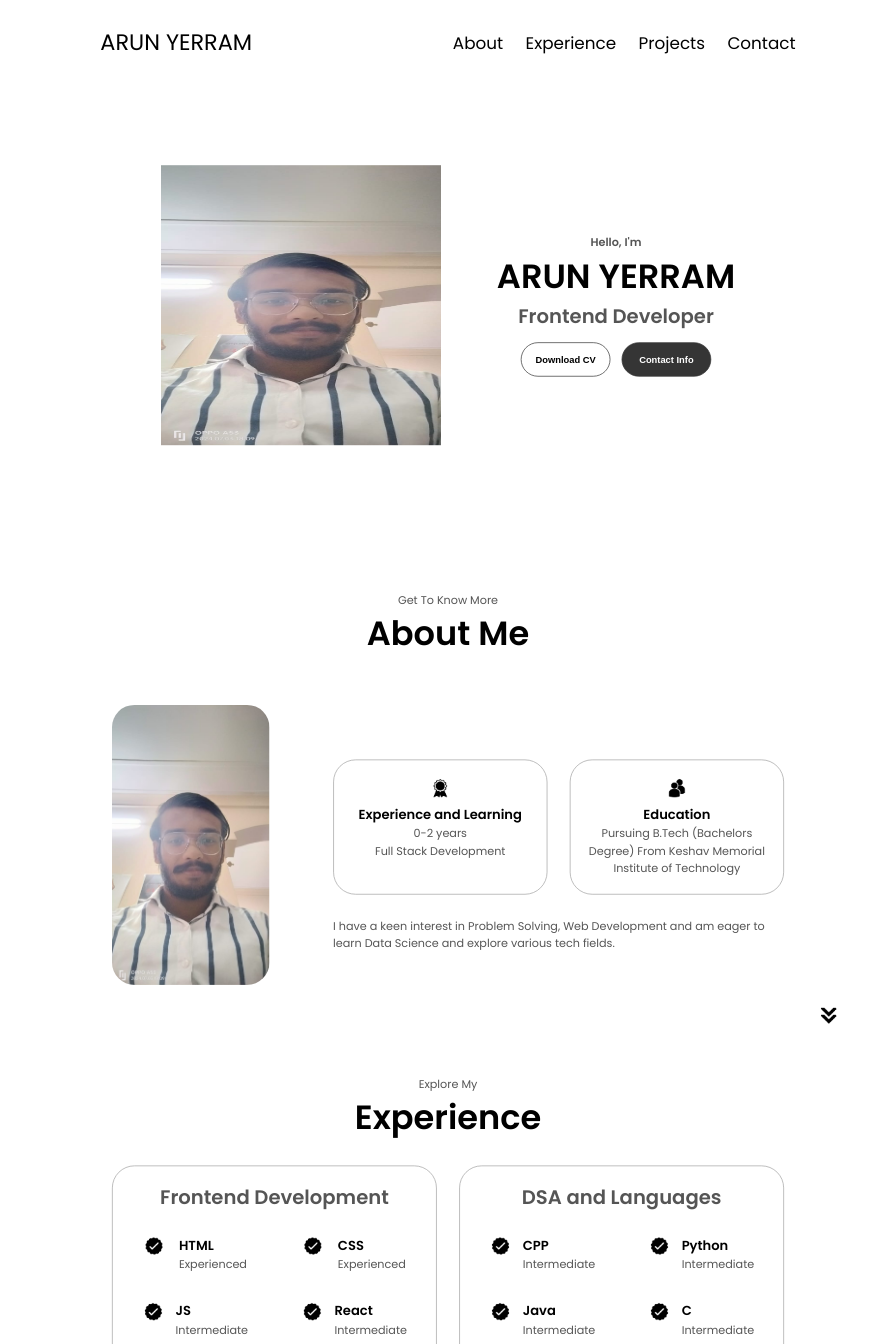
Repository: ARUN-YERRAM/ARUN-YERRAM-PORTFOLIO
Page: index.html
The author's editor kept a copy of each file at every save. The page is drawn from the files as they stood at one save, then again after a run of saves.
The browser window is 1280 px wide. The pictures show the part of the page from y = 0 to 1920 px (the page is 3401 px tall), at 70% of full size.

Above is the page before, as saved 2024-09-04 01:27:33.

### index.html
<!DOCTYPE html>
<html lang="en">
<head>
  <meta charset="UTF-8" />
  <meta http-equiv="X-UA-Compatible" content="IE=edge" />
  <meta name="viewport" content="width=device-width, initial-scale=1.0" />
  <title>My Portfolio</title>
  <link rel="stylesheet" href="style.css" />
  <link rel="stylesheet" href="mediaqueries.css" />
</head>
<body>
  <nav id="desktop-nav">
    <div class="logo">ARUN YERRAM</div>
    <div>
      <ul class="nav-links">
        <li><a href="#about">About</a></li>
        <li><a href="#experience">Experience</a></li>
        <li><a href="#projects">Projects</a></li>
        <li><a href="#contact">Contact</a></li>
      </ul>
    </div>
  </nav>
  <nav id="hamburger-nav">
    <div class="logo">ARUN YERRAM</div>
    <div class="hamburger-menu">
      <div class="hamburger-icon" onclick="toggleMenu()">
        <span></span>
        <span></span>
        <span></span>
      </div>
      <div class="menu-links">
        <li><a href="#about" onclick="toggleMenu()">About</a></li>
        <li><a href="#experience" onclick="toggleMenu()">Experience</a></li>
        <li><a href="#projects" onclick="toggleMenu()">Projects</a></li>
        <li><a href="#contact" onclick="toggleMenu()">Contact</a></li>
      </div>
    </div>
  </nav>
  <section id="profile">
    <div class="section__pic-container">
      <img src="./assets/Arun.jpg" alt="John Doe profile picture" width="400px" height="400px" />
    </div>
    <div class="section__text">
      <p class="section__text__p1">Hello, I'm</p>
      <h1 class="title">ARUN YERRAM</h1>
      <p class="section__text__p2">Frontend Developer</p>
      <div class="btn-container">
        <button class="btn btn-color-2" onclick="window.open('./assets/My_Resume.pdf')">Download CV</button>
        <button class="btn btn-color-1" onclick="location.href='./#contact'">Contact Info</button>
      </div>

      <!-- <div id="coding-profiles">
        <p>My Coding Profiles</p>
        <div class="coding-icons">
          <img src="./assets/leetcode.png" alt="My LeetCode profile" class="icon" onclick="window.open('https://leetcode.com/u/arun_2005/', '_blank')" width="80px"/>
          <img src="./assets/GFG.jpeg" alt="My GFG profile" class="icon" width="80px" onclick="window.open('https://www.geeksforgeeks.org/user/arunyerram/?utm_source=geeksforgeeks&utm_medium=my_profile&utm_campaign=auth_user', '_blank')" />
          <img src="./assets/CodeChef.jpeg" alt="My CodeChef profile" class="icon" onclick="window.open('https://www.codechef.com/users/yarun2k05', '_blank')" width="80px"/>
          <img src="./assets/Codeforces.png" alt="My CodeForces profile" class="icon" width="80px" onclick="window.open('https://codeforces.com/profile/Arunyerram_12', '_blank')" />
          <img src="./assets/IB.png" alt="My InterviewBit profile" class="icon" width="80px" onclick="window.open('https://www.interviewbit.com/profile/yerram-arun/', '_blank')" />
        </div> -->
    </div>
  </section>
  <section id="about">
    <p class="section__text__p1">Get To Know More</p>
    <h1 class="title">About Me</h1>
    <div class="section-container">
      <div class="section__pic-container">
        <img src="./assets/Arun.jpg" alt="Profile picture" class="about-pic" />
      </div>
      <div class="about-details-container">
        <div class="about-containers">
          <div class="details-container">
            <img src="./assets/experience.png" alt="Experience icon" class="icon" />
            <h3>Experience and Learning</h3>
            <p>0-2 years <br />Full Stack Development</p>
          </div>
          <div class="details-container">
            <img src="./assets/education.png" alt="Education icon" class="icon" />
            <h3>Education</h3>
            <p>Pursuing B.Tech (Bachelors Degree) From Keshav Memorial Institute of Technology <br /></p>
          </div>
        </div>
        <div class="text-container">
          <p>I have a keen interest in Problem Solving, Web Development and am eager to learn Data Science and explore various tech fields.</p>
        </div>
      </div>
    </div>
    <img src="./assets/arrow.png" alt="Arrow icon" class="icon arrow" onclick="location.href='./#experience'" />
  </section>
  <section id="experience">
    <p class="section__text__p1">Explore My</p>
    <h1 class="title">Experience</h1>
    <div class="experience-details-container">
      <div class="about-containers">
        <div class="details-container">
          <h2 class="experience-sub-title">Frontend Development</h2>
          <div class="article-container">
            <article>
              <img src="./assets/checkmark.png" alt="Experience icon" class="icon" />
              <div>
                <h3>HTML</h3>
                <p>Experienced</p>
              </div>
            </article>

            <article>
              <img src="./assets/checkmark.png" alt="Experience icon" class="icon" />
              <div>
                <h3>CSS</h3>
                <p>Experienced</p>
              </div>
            </article>

            <article>
              <img src="./assets/checkmark.png" alt="Experience icon" class="icon" />
              <div>
                <h3>JS</h3>
                <p>Intermediate</p>
              </div>
            </article>

            <article>
              <img src="./assets/checkmark.png" alt="Experience icon" class="icon" />
              <div>
                <h3>React</h3>
                <p>Intermediate</p>
              </div>
            </article>

            <article>
              <img src="./assets/checkmark.png" alt="Experience icon" class="icon" />
              <div>
                <h3>MongoDB</h3>
                <p>Intermediate</p>
              </div>
            </article>

            <article>
              <img src="./assets/checkmark.png" alt="Experience icon" class="icon" />
              <div>
                <h3>Node JS</h3>
                <p>Intermediate</p>
              </div>
            </article>

            <article>
              <img src="./assets/checkmark.png" alt="Experience icon" class="icon" />
              <div>
                <h3>Express JS</h3>
                <p>Intermediate</p>
              </div>
            </article>

            <article>
              <img src="./assets/checkmark.png" alt="Experience icon" class="icon" />
              <div>
                <h3>Git & GitHub</h3>
                <p>Intermediate</p>
              </div>
            </article>

          </div>
        </div>
        <div class="details-container">
          <h2 class="experience-sub-title">DSA and Languages</h2>
          <div class="article-container">
            <article>
              <img src="./assets/checkmark.png" alt="Experience icon" class="icon" />
              <div>
                <h3>CPP</h3>
                <p>Intermediate</p>
              </div>
            </article>
            <article>
              <img src="./assets/checkmark.png" alt="Experience icon" class="icon" />
              <div>
                <h3>Python</h3>
                <p>Intermediate</p>
              </div>
            </article>

            <article>
              <img src="./assets/checkmark.png" alt="Experience icon" class="icon" />
              <div>
                <h3>Java</h3>
                <p>Intermediate</p>
              </div>
            </article>

            <article>
              <img src="./assets/checkmark.png" alt="Experience icon" class="icon" />
              <div>
                <h3>C</h3>
                <p>Intermediate</p>
              </div>
            </article>
          </div>
        </div>
      </div>
    </div>
    <img src="./assets/arrow.png" alt="Arrow icon" class="icon arrow" onclick="location.href='./#projects'" />
  </section>
  <section id="projects">
    <p class="section__text__p1">Browse My Recent</p>
    <h1 class="title">Projects</h1>
    <div class="experience-details-container">
      <div class="about-containers">
        <div class="details-container color-container">
          <div class="article-container">
            <img src="./assets/P1.png" alt="Project 1" class="project-img" />
          </div>
          <h2 class="experience-sub-title project-title">NYAAYSAHAAYAK</h2>
          <div class="btn-container">
            <button class="btn btn-color-2 project-btn" onclick="location.href='https://github.com/ARUN-YERRAM/NYAAYSAHAAYAK'">GitHub</button>
            <button class="btn btn-color-2 project-btn" onclick="location.href=''">Live Demo</button>
          </div>
        </div>
        <div class="details-container color-container">
          <div class="article-container">
            <img src="./assets/project-2.png" alt="Project 2" class="project-img" />
          </div>
          <h2 class="experience-sub-title project-title">LecturesCheck</h2>
          <div class="btn-container">
            <button class="btn btn-color-2 project-btn" onclick="location.href='https://github.com/ARUN-YERRAM/LecturesCheck'">GitHub</button>
            <button class="btn btn-color-2 project-btn" onclick="location.href=''">Live Demo</button>
          </div>
        </div>
      </div>
    </div>
    <img src="./assets/arrow.png" alt="Arrow icon" class="icon arrow" onclick="location.href='./#contact'" />
  </section>
  <section id="contact">
    <p class="section__text__p1">Get in Touch</p>
    <h1 class="title">Contact Me</h1>
    <div class="contact-info-upper-container">
      <div class="contact-info-container">
        <img src="./assets/email.png" alt="Email icon" class="icon contact-icon email-icon" />
        <p><a href="mailto:arunyerram12022005@gmail.com">arunyerram12022005@gmail.com</a></p>
      </div>
      <div class="contact-info-container">
        <img src="./assets/linkedin.png" alt="LinkedIn icon" class="icon contact-icon" />
        <p><a href="https://www.linkedin.com/in/arun-yerram/">LinkedIn</a></p>
      </div>
    </div>
  </section>
  <footer>
    <nav>
      <div class="nav-links-container">
        <ul class="nav-links">
          <li><a href="#about">About</a></li>
          <li><a href="#experience">Experience</a></li>
          <li><a href="#projects">Projects</a></li>
          <li><a href="#contact">Contact</a></li>
        </ul>
      </div>
    </nav>
    <p>Copyright &#169; 2024 Arun Yerram. All Rights Reserved.</p>
  </footer>
  <script src="script.js"></script>
</body>
</html>

### style.css
/* GENERAL */

@import url("https://fonts.googleapis.com/css2?family=Poppins:wght@300;400;500;600&display=swap");

* {
  margin: 0;
  padding: 0;
}

body {
  font-family: "Poppins", sans-serif;
}

html {
  scroll-behavior: smooth;
}

p {
  color: rgb(85, 85, 85);
}

/* TRANSITION */

a,
.btn {
  transition: all 300ms ease;
}


/* DESKTOP NAV */

nav,
.nav-links {
  display: flex;
}

nav {
  justify-content: space-around;
  align-items: center;
  height: 17vh;
}

.nav-links {
  gap: 2rem;
  list-style: none;
  font-size: 1.5rem;
}

a {
  color: black;
  text-decoration: none;
  text-decoration-color: white;
}

a:hover {
  color: grey;
  text-decoration: underline;
  text-underline-offset: 1rem;
  text-decoration-color: rgb(181, 181, 181);
}

.logo {
  font-size: 2rem;
}

.logo:hover {
  cursor: default;
}

/* HAMBURGER MENU */

#hamburger-nav {
  display: none;
}

.hamburger-menu {
  position: relative;
  display: inline-block;
}

.hamburger-icon {
  display: flex;
  flex-direction: column;
  justify-content: space-between;
  height: 24px;
  width: 30px;
  cursor: pointer;
}

.hamburger-icon span {
  width: 100%;
  height: 2px;
  background-color: black;
  transition: all 0.3 ease-in-out;
}

.menu-links {
  position: absolute;
  top: 100%;
  right: 0;
  background-color: white;
  width: fit-content;
  max-height: 0;
  overflow: hidden;
  transition: all 0.3 ease-in-out;
}

.menu-links a {
  display: block;
  padding: 10px;
  text-align: center;
  font-size: 1.5rem;
  color: black;
  text-decoration: none;
  transition: all 0.3 ease-in-out;
}

.menu-links li {
  list-style: none;
}

.menu-links.open {
  max-height: 300px;
}

.hamburger-icon.open span:first-child {
  transform: rotate(45deg) translate(10px, 5px);
}

.hamburger-icon.open span:nth-child(2) {
  opacity: 0;
}

.hamburger-icon.open span:last-child {
  transform: rotate(-45deg) translate(10px, -5px);
}

.hamburger-icon span:first-child {
  transform: none;
}

.hamburger-icon span:first-child {
  opacity: 1;
}

.hamburger-icon span:first-child {
  transform: none;
}


#socials-container {
  display: flex;
  align-items: center;
  justify-content: center;
  margin-top: 20px; /* Adjusted space between buttons and profiles */
}

#coding-profiles {
  margin-top: 40px; /* Space between social icons and coding profiles */
  text-align: center;
}

#coding-profiles p {
  font-size: 1.2em;
  margin-bottom: 20px; /* Space between heading and icons */
}

.coding-icons {
  display: flex;
  justify-content: center;
  gap: 20px; /* Space between coding profile icons */
}


/* SECTIONS */

section {
  padding-top: 4vh;
  height: 96vh;
  margin: 0 10rem;
  box-sizing: border-box;
  min-height: fit-content;
}

.section-container {
  display: flex;
}

/* PROFILE SECTION */

#profile {
  display: flex;
  justify-content: center;
  gap: 5rem;
  height: 80vh;
}

.section__pic-container {
  display: flex;
  height: 400px;
  width: 400px;
  margin: auto 0;
}

.section__text {
  align-self: center;
  text-align: center;
}

.section__text p {
  font-weight: 600;
}

.section__text__p1 {
  text-align: center;
}

.section__text__p2 {
  font-size: 1.75rem;
  margin-bottom: 1rem;
}

.title {
  font-size: 3rem;
  text-align: center;
}

#socials-container {
  display: flex;
  justify-content: center;
  margin-top: 1rem;
  gap: 1rem;
}

/* ICONS */

.icon {
  cursor: pointer;
  height: 2rem;
}

/* BUTTONS */

.btn-container {
  display: flex;
  justify-content: center;
  gap: 1rem;
}

.btn {
  font-weight: 600;
  transition: all 300ms ease;
  padding: 1rem;
  width: 8rem;
  border-radius: 2rem;
}

.btn-color-1,
.btn-color-2 {
  border: rgb(53, 53, 53) 0.1rem solid;
}

.btn-color-1:hover,
.btn-color-2:hover {
  cursor: pointer;
}

.btn-color-1,
.btn-color-2:hover {
  background: rgb(53, 53, 53);
  color: white;
}

.btn-color-1:hover {
  background: rgb(0, 0, 0);
}

.btn-color-2 {
  background: none;
}

.btn-color-2:hover {
  border: rgb(255, 255, 255) 0.1rem solid;
}

.btn-container {
  gap: 1rem;
}

/* ABOUT SECTION */

#about {
  position: relative;
}

.about-containers {
  gap: 2rem;
  margin-bottom: 2rem;
  margin-top: 2rem;
}

.about-details-container {
  justify-content: center;
  flex-direction: column;
}

.about-containers,
.about-details-container {
  display: flex;
}

.about-pic {
  border-radius: 2rem;
}

.arrow {
  position: absolute;
  right: -5rem;
  bottom: 2.5rem;
}

.details-container {
  padding: 1.5rem;
  flex: 1;
  background: white;
  border-radius: 2rem;
  border: rgb(53, 53, 53) 0.1rem solid;
  border-color: rgb(163, 163, 163);
  text-align: center;
}

.section-container {
  gap: 4rem;
  height: 80%;
}

.section__pic-container {
  height: 400px;
  width: 400px;
  margin: auto 0;
}

/* EXPERIENCE SECTION */

#experience {
  position: relative;
}

.experience-sub-title {
  color: rgb(85, 85, 85);
  font-weight: 600;
  font-size: 1.75rem;
  margin-bottom: 2rem;
}

.experience-details-container {
  display: flex;
  justify-content: center;
  flex-direction: column;
}

.article-container {
  display: flex;
  text-align: initial;
  flex-wrap: wrap;
  flex-direction: row;
  gap: 2.5rem;
  justify-content: space-around;
}

article {
  display: flex;
  width: 10rem;
  justify-content: space-around;
  gap: 0.5rem;
}

article .icon {
  cursor: default;
}

/* PROJECTS SECTION */

#projects {
  position: relative;
}

.color-container {
  border-color: rgb(163, 163, 163);
  background: rgb(250, 250, 250);
}

.project-img {
  border-radius: 2rem;
  width: 90%;
  height: 90%;
}

.project-title {
  margin: 1rem;
  color: black;
}

.project-btn {
  color: black;
  border-color: rgb(163, 163, 163);
}

/* CONTACT */

#contact {
  display: flex;
  justify-content: center;
  flex-direction: column;
  height: 70vh;
}

.contact-info-upper-container {
  display: flex;
  justify-content: center;
  border-radius: 2rem;
  border: rgb(53, 53, 53) 0.1rem solid;
  border-color: rgb(163, 163, 163);
  background: (250, 250, 250);
  margin: 2rem auto;
  padding: 0.5rem;
}

.contact-info-container {
  display: flex;
  align-items: center;
  justify-content: center;
  gap: 0.5rem;
  margin: 1rem;
}

.contact-info-container p {
  font-size: larger;
}

.contact-icon {
  cursor: default;
}

.email-icon {
  height: 2.5rem;
}

/* FOOTER SECTION */

footer {
  height: 26vh;
  margin: 0 1rem;
}

footer p {
  text-align: center;
}

### mediaqueries.css
@media screen and (max-width: 1400px) {
  #profile {
    height: 83vh;
    margin-bottom: 6rem;
  }
  .about-containers {
    flex-wrap: wrap;
  }
  #contact,
  #projects {
    height: fit-content;
  }
}

@media screen and (max-width: 1200px) {
  #desktop-nav {
    display: none;
  }
  #hamburger-nav {
    display: flex;
  }
  #experience,
  .experience-details-container {
    margin-top: 2rem;
  }
  #profile,
  .section-container {
    display: block;
  }
  .arrow {
    display: none;
  }
  section,
  .section-container {
    height: fit-content;
  }
  section {
    margin: 0 5%;
  }
  .section__pic-container {
    width: 275px;
    height: 275px;
    margin: 0 auto 2rem;
  }
  .about-containers {
    margin-top: 0;
  }
}

@media screen and (max-width: 600px) {
  #contact,
  footer {
    height: 40vh;
  }
  #profile {
    height: 83vh;
    margin-bottom: 0;
  }
  article {
    font-size: 1rem;
  }
  footer nav {
    height: fit-content;
    margin-bottom: 2rem;
  }
  .about-containers,
  .contact-info-upper-container,
  .btn-container {
    flex-wrap: wrap;
  }
  .contact-info-container {
    margin: 0;
  }
  .contact-info-container p,
  .nav-links li a {
    font-size: 1rem;
  }
  .experience-sub-title {
    font-size: 1.25rem;
  }
  .logo {
    font-size: 1.5rem;
  }
  .nav-links {
    flex-direction: column;
    gap: 0.5rem;
    text-align: center;
  }
  .section__pic-container {
    width: auto;
    height: 46vw;
    justify-content: center;
  }
  .section__text__p2 {
    font-size: 1.25rem;
  }
  .title {
    font-size: 2rem;
  }
  .text-container {
    text-align: justify;
  }
}

Loaded but not shown: script.js (common file)

After the next 2 saves:
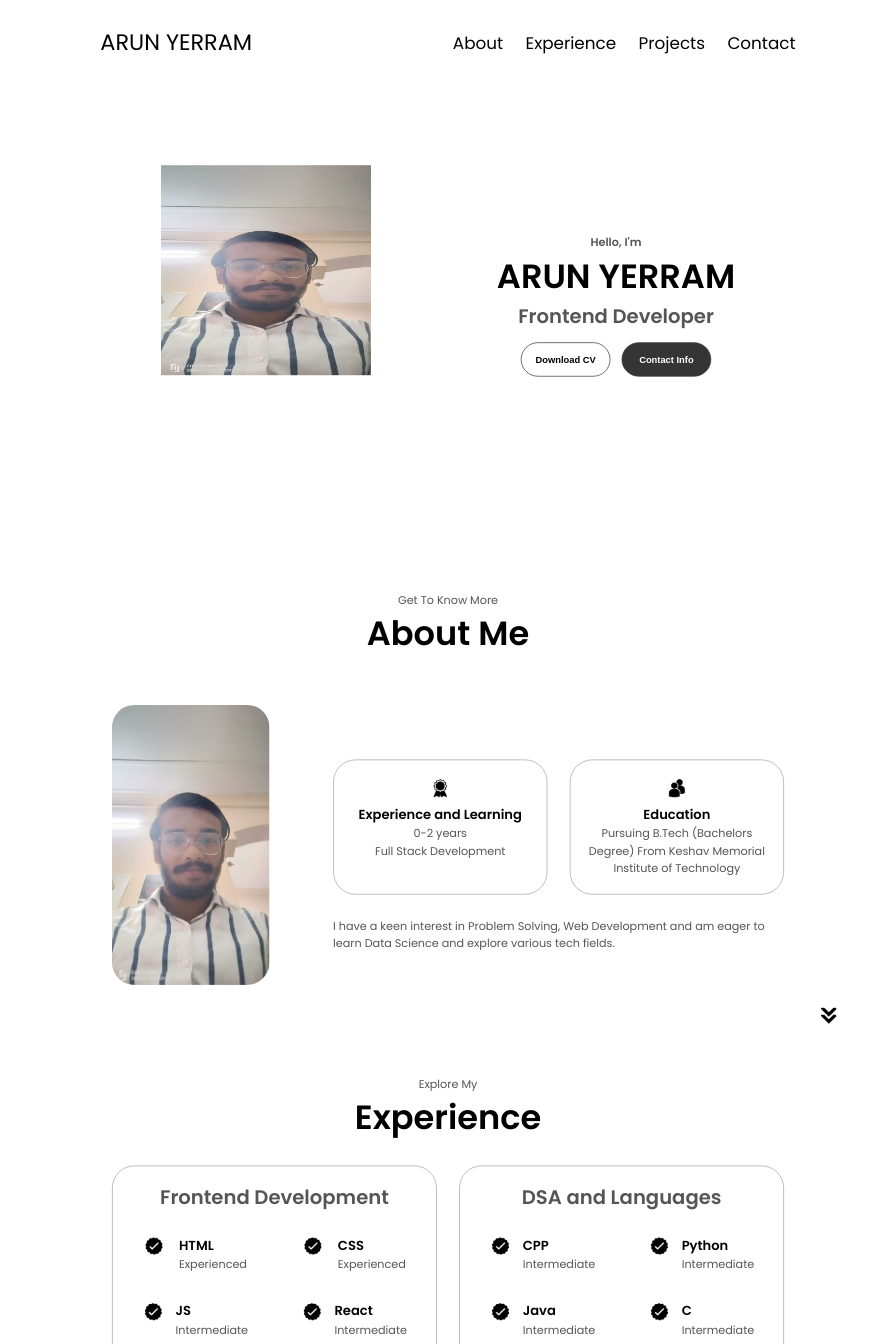
The 2 saves are shown as one change because they came seconds apart.
The last was saved 20 s later.
--- a/index.html
+++ b/index.html
@@ -38,7 +38,7 @@
   </nav>
   <section id="profile">
     <div class="section__pic-container">
-      <img src="./assets/Arun.jpg" alt="John Doe profile picture" width="400px" height="400px" />
+      <img src="./assets/Arun.jpg" alt="John Doe profile picture" width="300px" height="300px" />
     </div>
     <div class="section__text">
       <p class="section__text__p1">Hello, I'm</p>
